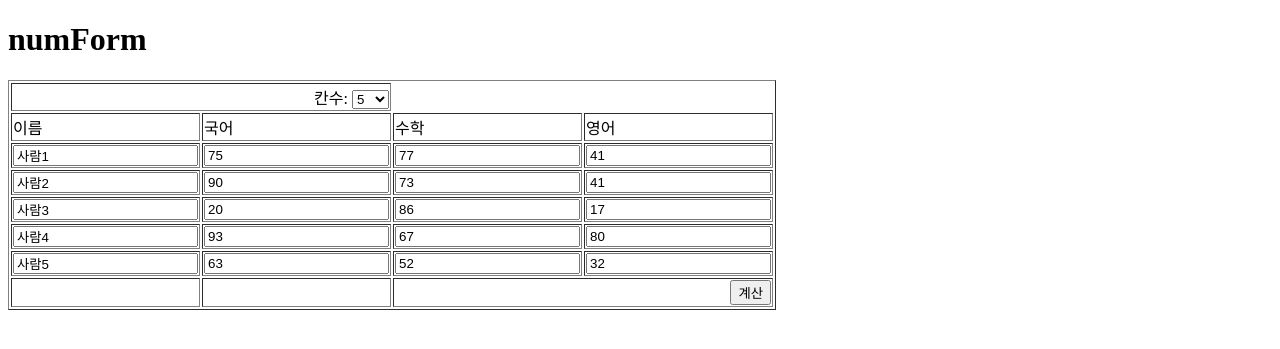
Repository: Jamikidu/newJsp
Page: http://localhost/jspProj/request/numForm.jsp
These files come from the project's save history. The page is drawn as it stood at one moment and after the next save; the edit follows.
The browser window is 1280 px wide. The pictures show the whole page.
The page is served by Tomcat 9. Other server files are loaded and not shown.

Above is the page before, as saved 2023-07-27 09:11:24.

### jspProj/src/main/webapp/request/numForm.jsp
<%@ page language="java" contentType="text/html; charset=UTF-8"
    pageEncoding="UTF-8"%>
<%
	int cnt = 5;
	if(request.getParameter("cnt") != null){
		cnt = Integer.parseInt(request.getParameter("cnt"));
	}

%>
<!DOCTYPE html>
<html>
<head>
<meta charset="UTF-8">
<title>numForm</title>
<script type="text/javascript">
	function cntChange(){

		qwer.action="?"
		qwer.submit()
	}
</script>
</head>
<body>
<h1>numForm</h1>
<form action="numReg.jsp" name="qwer">
	<table border="">
		<tr>
			<td colspan="2" align="right">
			칸수:
				<select name="cnt" id="" onchange="cntChange()">
				<% for(int i=5; i<=30; i+=5){
				   String sel ="";

				   if(i == cnt){
					   sel = "selected";
				   }
				%>
					<option <%=sel%>><%=i %></option>
				<% } %>
				</select>
			</td>

		</tr>
		<tr>
			<td>이름</td>
			<td>국어</td>
			<td>수학</td>
			<td>영어</td>
		</tr>
		<tr>
		 <% for(int i=0;i<cnt;i++){ %>
			<td><input type="text" name="per" value="사람<%=i+1 %>"/></td>
			<td><input type="text" name="kor" value="<%=(int)(Math.random()*90)+10 %>" /></td>
			<td><input type="text" name="eng" value="<%=(int)(Math.random()*90)+10 %>" /></td>
			<td><input type="text" name="meth" value="<%=(int)(Math.random()*90)+10 %>" /></td>
		</tr>
		<% } %>
		<tr>
			<td></td>
			<td></td>
			<td colspan="2" align="right">
				<input type="submit" value="계산" />
			</td>
		</tr>
	</table>
</form>

</body>
</html>

After the next save:
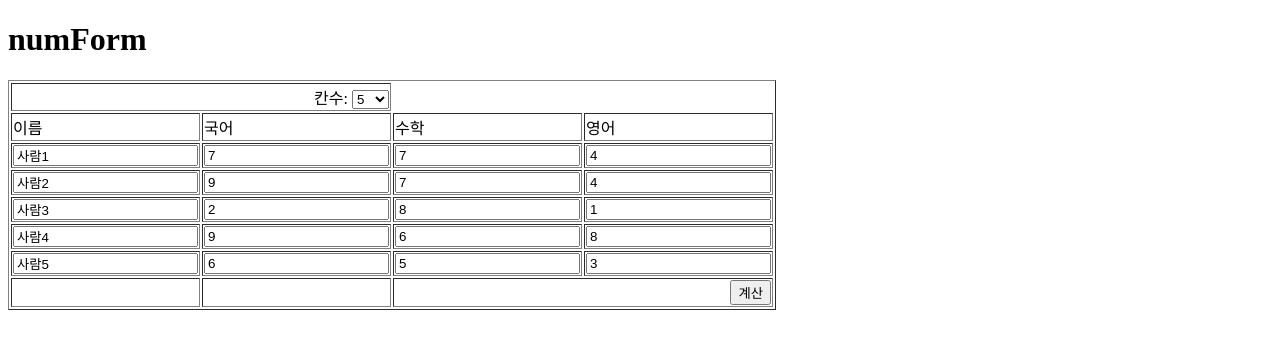
Saved 57 s later.
--- a/jspProj/src/main/webapp/request/numForm.jsp
+++ b/jspProj/src/main/webapp/request/numForm.jsp
@@ -50,9 +50,9 @@
 		<tr>
 		 <% for(int i=0;i<cnt;i++){ %>
 			<td><input type="text" name="per" value="사람<%=i+1 %>"/></td>
-			<td><input type="text" name="kor" value="<%=(int)(Math.random()*90)+10 %>" /></td>
-			<td><input type="text" name="eng" value="<%=(int)(Math.random()*90)+10 %>" /></td>
-			<td><input type="text" name="meth" value="<%=(int)(Math.random()*90)+10 %>" /></td>
+			<td><input type="text" name="kor" value="<%=(int)(Math.random()*9)+1 %>" /></td>
+			<td><input type="text" name="eng" value="<%=(int)(Math.random()*9)+1 %>" /></td>
+			<td><input type="text" name="meth" value="<%=(int)(Math.random()*9)+1 %>" /></td>
 		</tr>
 		<% } %>
 		<tr>
